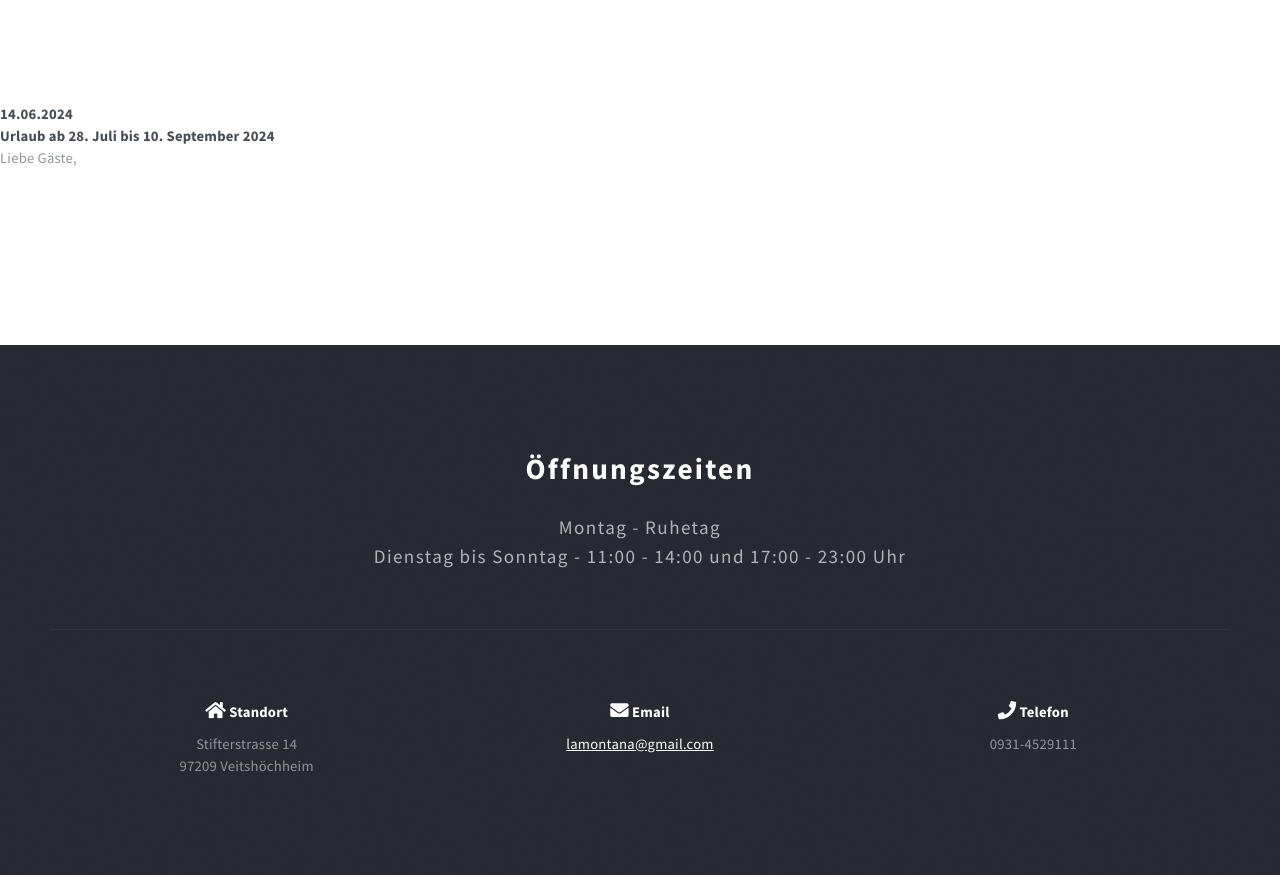
Repository: restaurantlamontana/restaurantlamontana.github.io
Page: blog.html
An editor plug-in stored every save of this project. The page is shown before and after a run of saves, followed by the edit.
The browser window is 1280 px wide. The pictures show the part of the page from y = 352 to 1293 px (the page is 1227 px tall before and 1293 px after).

Above is the page before, as saved 2024-07-14 18:15:02.

After the next 3 saves:
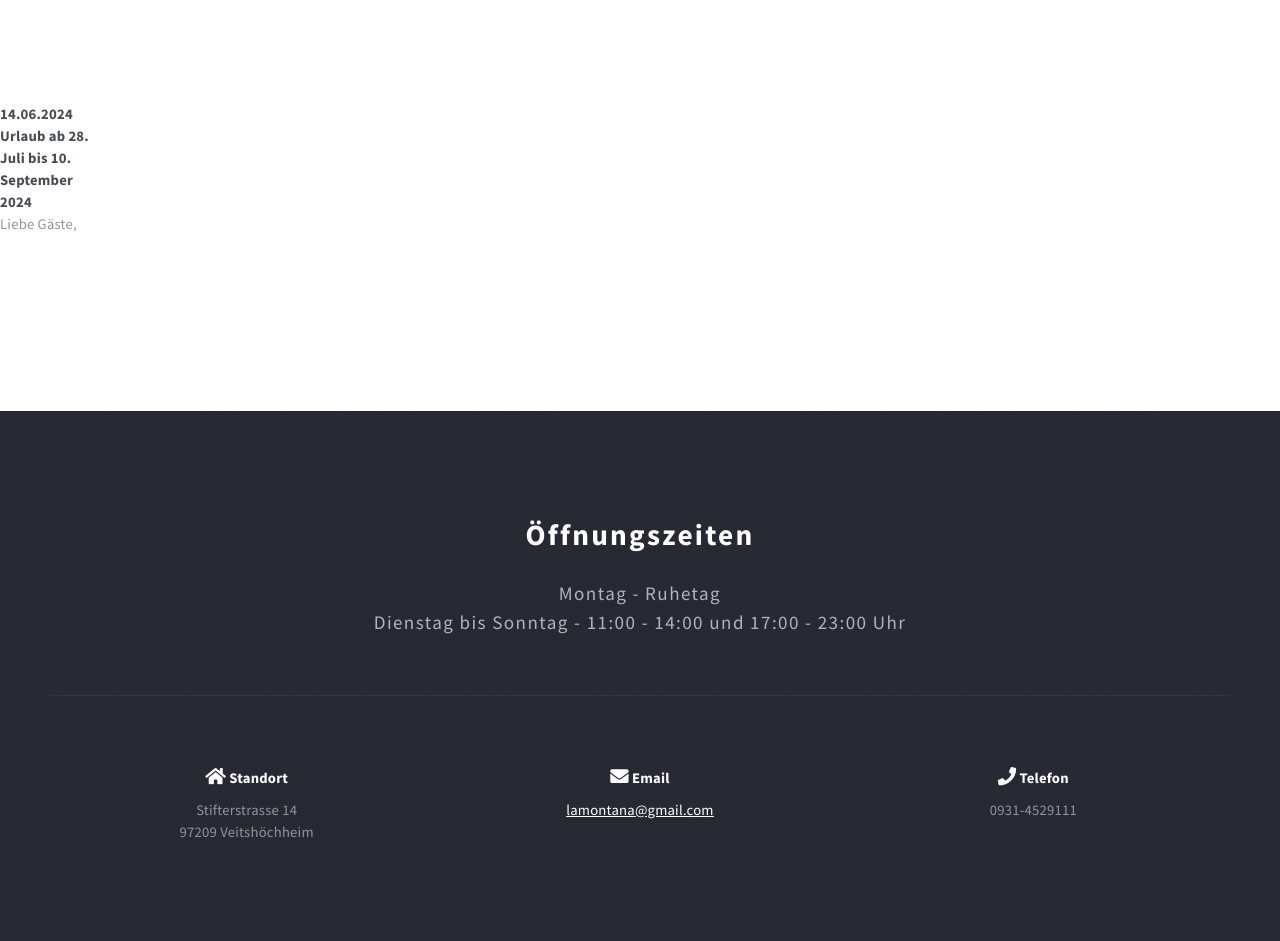
The 3 saves are shown as one change because they came seconds apart.
The last was saved 10 s later.
--- a/blog.html
+++ b/blog.html
@@ -37,7 +37,7 @@
 					<div>
 						<br><br>
 						<h6>14.06.2024</h6>
-						<h1 style="font-size: 100%;"><bold>Urlaub ab 28. Juli bis 10. September 2024</bold></h1>
+						<h1 style="width: 100px;"><bold>Urlaub ab 28. Juli bis 10. September 2024</bold></h1>
 						<p>
 							Liebe Gäste,
 

After the save that followed:
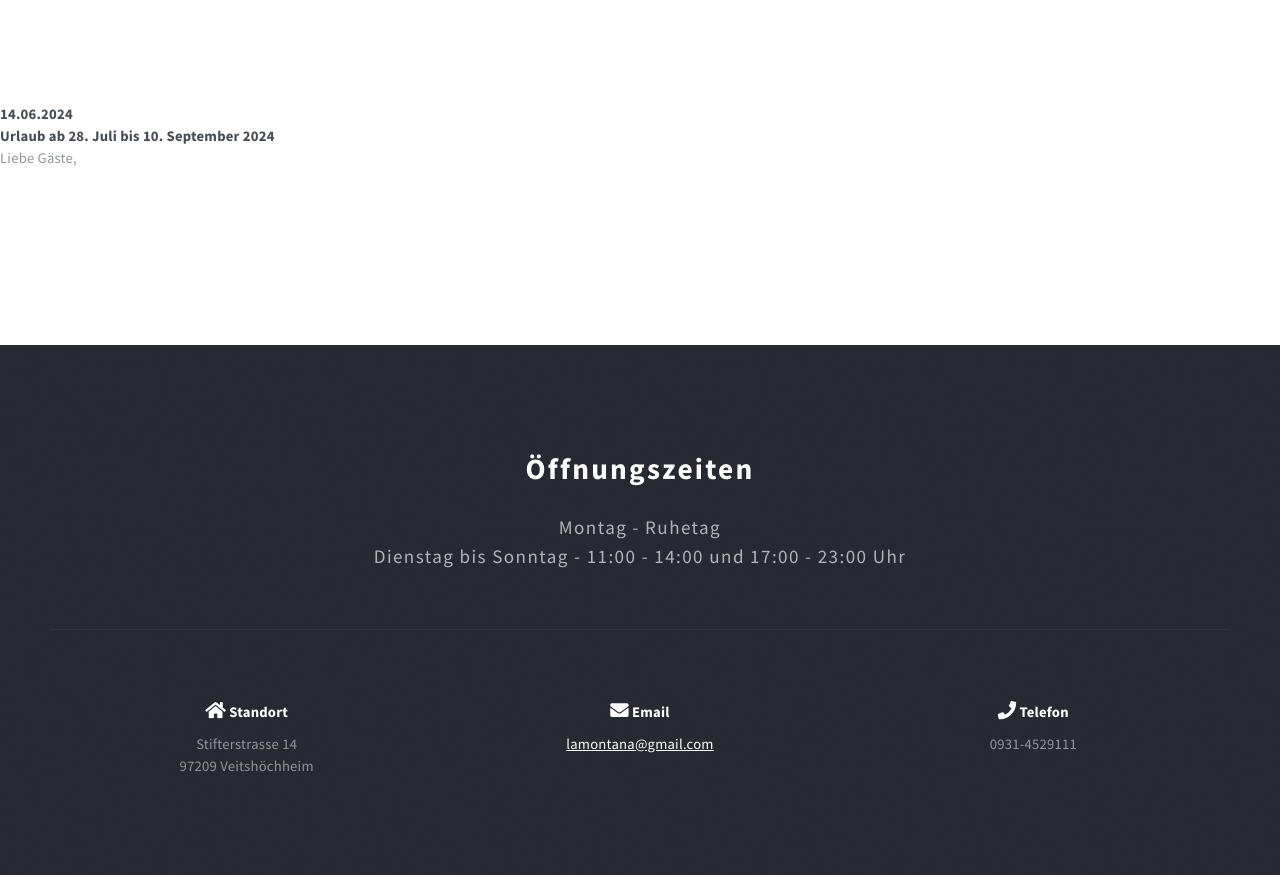
Saved 4 s later.
--- a/blog.html
+++ b/blog.html
@@ -37,7 +37,7 @@
 					<div>
 						<br><br>
 						<h6>14.06.2024</h6>
-						<h1 style="width: 100px;"><bold>Urlaub ab 28. Juli bis 10. September 2024</bold></h1>
+						<h1 style="width: 1000px;"><bold>Urlaub ab 28. Juli bis 10. September 2024</bold></h1>
 						<p>
 							Liebe Gäste,
 
